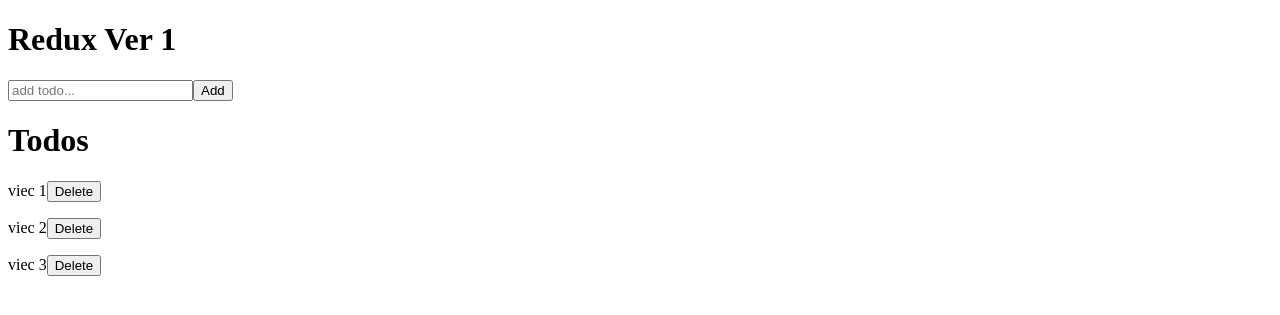
Repository: huynhnt1406/react-redux-tutorial
Page: / (app in redux-v1/)
The author's editor kept a copy of each file at every save. The page is drawn from the files as they stood at one save, then again after the next save.
The browser window is 1280 px wide. The pictures show the whole page.
The project was rebuilt for these pictures with package versions that can differ from the ones it lists, and the page was loaded fresh each time.

Above is the page before, as saved 2021-06-19 01:21:13.

### redux-v1/src/App.js
import TodoForm from "./component/TodoForm";
import Todos from "./component/Todos";
import {Provider} from 'react-redux'
import store from "./store/store";

function App() {
  return (
    <Provider store={store}>
      <div className="App">
        <h1>Redux Ver 1</h1>
        <TodoForm/>
        <Todos/>
      </div>
    </Provider>
  );
}

export default App;

### redux-v1/src/component/TodoForm.jsx
import React, { useState } from 'react'
import {v4 as uuidv4} from 'uuid'
import {connect} from 'react-redux'
import {addTodo} from '../store/action/todoAction'
function TodoForm({addTodo}) {

    const [title , setTitle] = useState('')

    const handleChange = (e) => {
        setTitle(e.target.value)
    }

    const handleSubmit = (e) => {
        e.preventDefault()
        if(title !== ''){
            const newTodo = {
                id:uuidv4(),
                title,
                completed:false
            }
            addTodo(newTodo)
            console.log(newTodo)
            setTitle('')
        }
    }
    return (
        <form onSubmit={handleSubmit}>
            <input type="text" value={title} placeholder="add todo..." onChange={handleChange}/>
            <button type="submit">Add</button>
        </form>
    )
}

const mapStateToProps = () => ({})

export default connect(mapStateToProps,{addTodo})(TodoForm)

### redux-v1/src/component/Todos.jsx
import React from 'react'
import TodoItem from './TodoItem'
import {connect}from 'react-redux'
function Todos({todosData}) {

    return (
        <div>
            <h1>Todos</h1>
            {
                todosData.map(todo => (
                   <TodoItem key={todo.id} id={todo.id} title={todo.title}/>
                ))
            }
        </div>
    )
}

const mapStateToProps = (state) =>({
    todosData : state.todos.todos
})

export default connect(mapStateToProps,{})(Todos)

### redux-v1/src/store/store.js
import {createStore,applyMiddleware} from 'redux'
import thunk from 'redux-thunk'
import {composeWithDevTools} from 'redux-devtools-extension'
import rootReducer from './reducer'


const initialState = {}


const middlewares = [thunk]

const store = createStore(
    rootReducer,
    initialState,
    composeWithDevTools(applyMiddleware(...middlewares))
)

export default store

### redux-v1/src/store/action/todoAction.js

export const addTodo = (newTodo) => dispatch =>  {
    dispatch({
        type:'ADD_TODO',
        payload:newTodo
    })
}

export const archiveTodo = (id) => dispatch => {
    dispatch({
        type:'ARCHIVE_TODO',
        payload:id
    })
}

### redux-v1/src/component/TodoItem.jsx
import React from 'react'
import {connect} from 'react-redux'
import {archiveTodo} from '../store/action/todoAction'
function TodoItem({id, title, archiveTodo}) {
    return (
        <div>
            <p>{title}<button onClick={() => {archiveTodo(id)}}>Delete</button></p>
        </div>
    )
}

const mapStateToProps = () => ({})

export default connect(mapStateToProps,{archiveTodo})(TodoItem)

### redux-v1/src/store/reducer/index.js
import {combineReducers} from 'redux'
import todoReducer from './todoReducer'

const rootReducer = combineReducers({
    todos: todoReducer
})

export default rootReducer

### redux-v1/src/store/reducer/todoReducer.js
const initialState = {
    todos:[
        {
            id:1,
            title:'viec 1',
            completed:false
        },
        {
            id:2,
            title:'viec 2',
            completed:false
        },
        {
            id:3,
            title:'viec 3',
            completed:false
        },
    ]
}

const postReducer = (state = initialState, action) => {
    switch(action.type){
        case 'ADD_TODO':
            return{
                ...state,
                todos:[
                    ...state.todos,
                    action.payload
                ]
            }
        case 'ARCHIVE_TODO':
            return {
                ...state,
                todos:state.todos.filter(todo => todo.id !== action.payload)
            }
        default:
            return state
    }
}

export default postReducer

Loaded but not shown: redux-v1/public/index.html (common file); redux-v1/src/index.js (common file); redux-v1/src/reportWebVitals.js (common file)

After the next save:
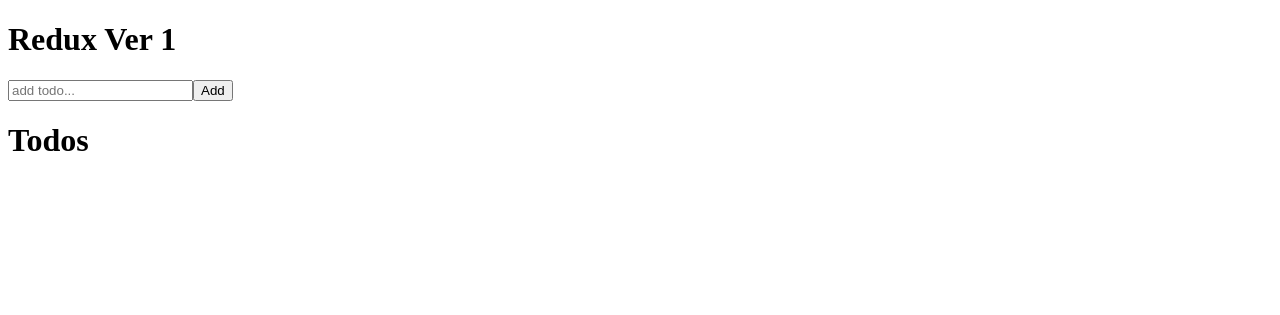
Saved 69 s later.
--- a/redux-v1/src/store/reducer/todoReducer.js
+++ b/redux-v1/src/store/reducer/todoReducer.js
@@ -1,21 +1,5 @@
 const initialState = {
-    todos:[
-        {
-            id:1,
-            title:'viec 1',
-            completed:false
-        },
-        {
-            id:2,
-            title:'viec 2',
-            completed:false
-        },
-        {
-            id:3,
-            title:'viec 3',
-            completed:false
-        },
-    ]
+    todos:[]
 }
 
 const postReducer = (state = initialState, action) => {
